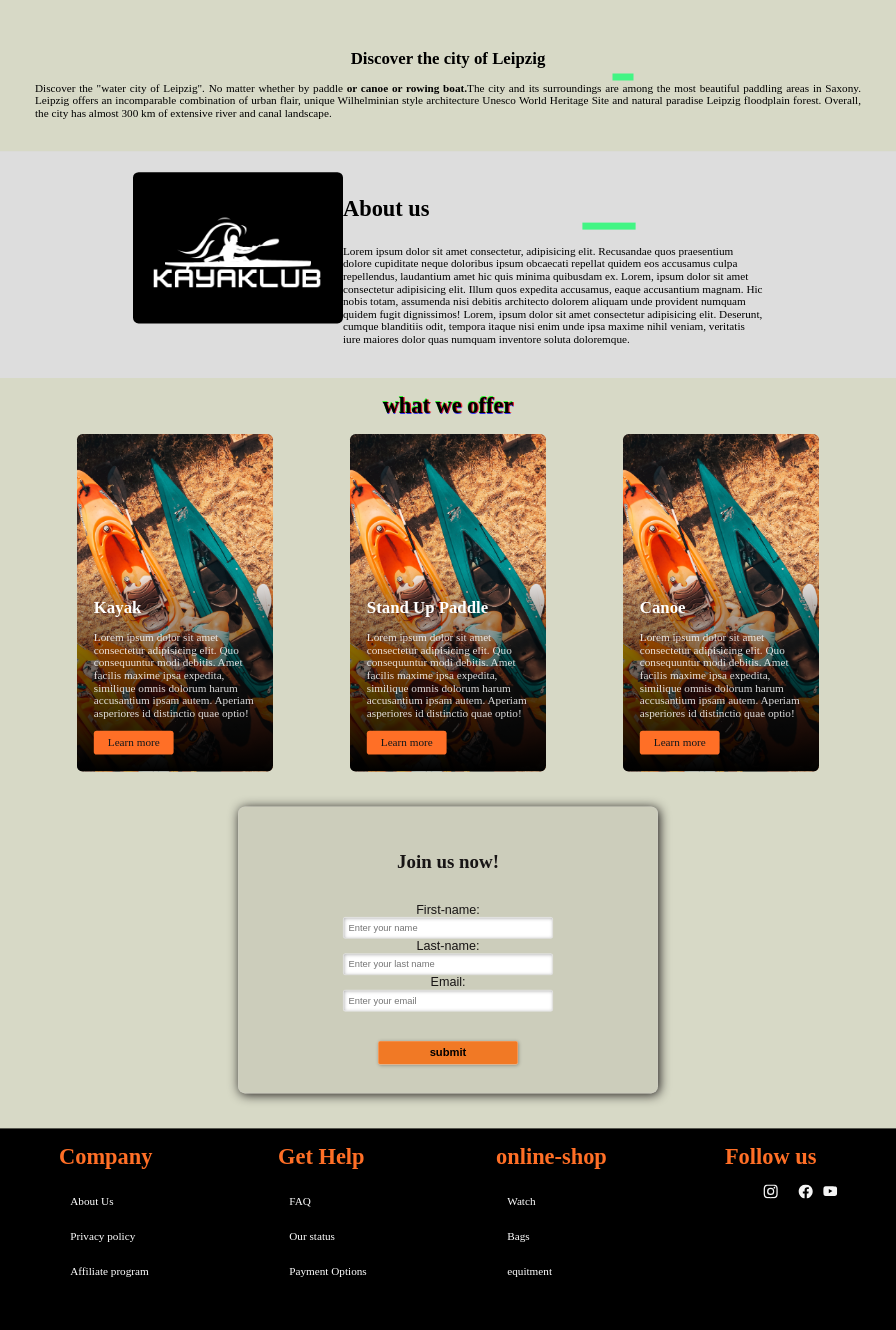
Repository: joseluis2289/Responsive-club-website
Page: index.html
An editor plug-in stored every save of this project. The page is shown before and after the next save, followed by the edit.
The browser window is 1280 px wide. The pictures show the part of the page from y = 770 to 2670 px (the page is 2671 px tall), at 70% of full size.
Some web fonts or font styles are not loaded; a fallback is used.

Above is the page before, as saved 2021-08-25 10:34:05.

After the next save:
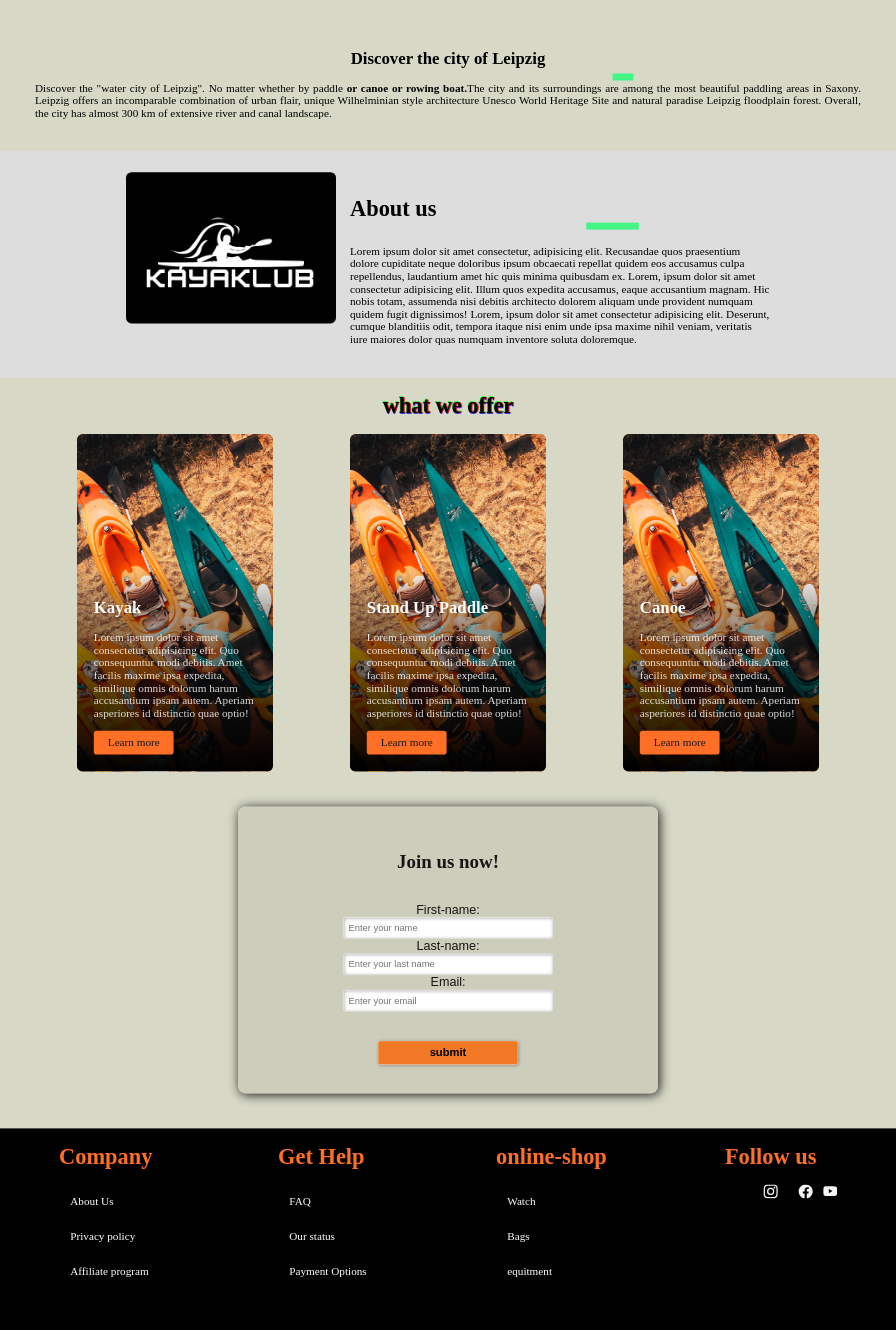
Saved 9 s later.
--- a/style.css
+++ b/style.css
@@ -139,7 +139,7 @@ body{
     display: grid;
     grid-template-columns: auto auto;
     padding: 30px;
-    column-gap:-75px;
+    column-gap:20px;
     /* display: flex;
     justify-content:space-around ; */
 
